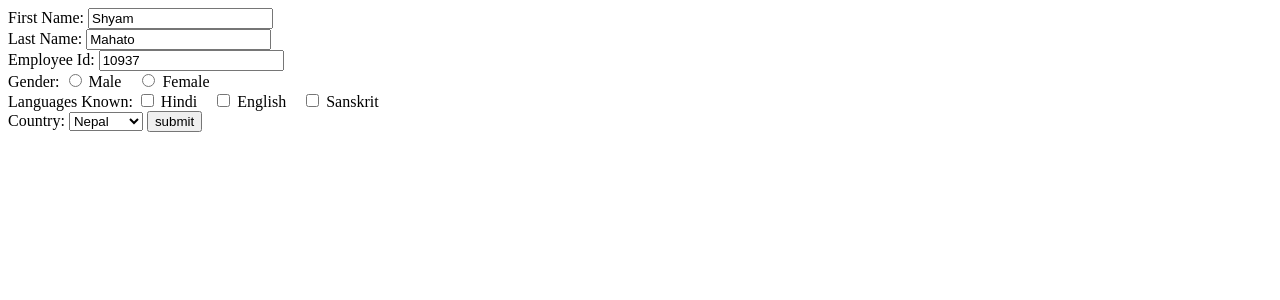
Repository: aman-1998/Full_Stack_Java_Development
Page: http://localhost/Beans_with_webForm_N17/form_N1.jsp
An editor plug-in stored every save of this project. The page is shown before and after the next save, followed by the edit.
The browser window is 1280 px wide. The pictures show the whole page.
The page is served by Tomcat 9.

Above is the page before, as saved 2021-10-27 15:18:47.

After the next save:
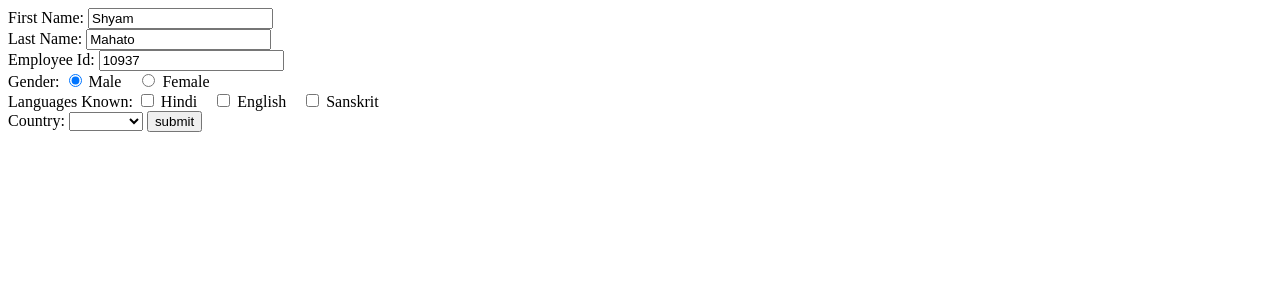
Saved 75 s later.
--- a/Beans_with_webForm_N17/WebContent/form_N1.jsp
+++ b/Beans_with_webForm_N17/WebContent/form_N1.jsp
@@ -12,12 +12,13 @@
 	First Name: <input type="text" name="firstName" value='<jsp:getProperty property="firstName" name="employee"/>' required><br>
 	Last Name: <input type="text" name="lastName" value='<jsp:getProperty property="lastName" name="employee"/>'><br>
 	Employee Id: <input type="number" name="empId" value='<jsp:getProperty property="empId" name="employee"/>' required><br>
-	Gender: <input type="radio" name="gender" value="Male"> Male &nbsp;&nbsp;
+	Gender: <input type="radio" name="gender" value="Male" checked="checked"> Male &nbsp;&nbsp;
 			<input type="radio" name="gender" value="Female"> Female<br>
 	Languages Known: <input type="checkbox" name="language" value="Hindi"> Hindi &nbsp;&nbsp;
 					 <input type="checkbox" name="language" value="English"> English &nbsp;&nbsp;
 					 <input type="checkbox" name="language" value="Sanskrit"> Sanskrit<br>
 	Country: <select name="country">
+				<option value=""></option>
 				<option value="Nepal">Nepal</option>
 				<option value="China">China</option>
 				<option value="India">India</option>
